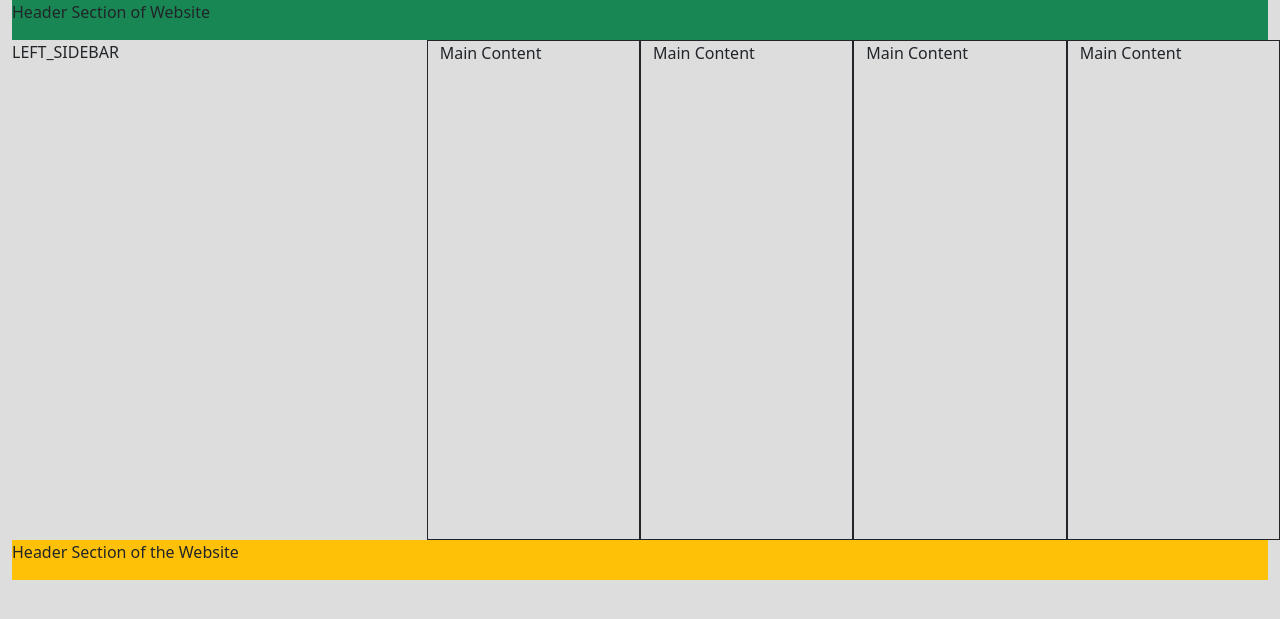
Repository: Dayvid0/BOOTSTRAP-TUTORIALS
Page: BOOTSTRAP-GRID-LAYOUTS/index.html
These files come from the project's save history. The page is drawn as it stood at one moment and after the next save; the edit follows.
The browser window is 1280 px wide. The pictures show the whole page.

Above is the page before, as saved 2025-01-24 10:48:42.

### BOOTSTRAP-GRID-LAYOUTS/index.html
<!doctype html>
<html lang="en">
  <head>
    <!-- Required meta tags -->
    <meta charset="utf-8">
    <meta name="viewport" content="width=device-width, initial-scale=1">
    <!-- Bootstrap CSS -->
    <link href="https://cdn.jsdelivr.net/npm/bootstrap@5.0.2/dist/css/bootstrap.min.css" rel="stylesheet" integrity="sha384-EVSTQN3/azprG1Anm3QDgpJLIm9Nao0Yz1ztcQTwFspd3yD65VohhpuuCOmLASjC" crossorigin="anonymous">
    <link rel="stylesheet" href="./style.css">
    <title>Hello, world!</title>
  </head>
  <body>
  <div class="container-fluid">
    <div class="header bg-success">
      Header Section of Website
    </div>
    <div class="content">
      <div class="row">
        <div class="col-4 sidebar ">
          LEFT_SIDEBAR
        </div>
        <div class="main-content col-2 sidebar ">
          Main Content
      </div>
      <div class="main-content col-2 sidebar ">
        Main Content
    </div>
    <div class="main-content col-2 sidebar ">
      Main Content
  </div>
  <div class="main-content col-2 sidebar ">
    Main Content
</div>
    </div>
  </div>
  <div class="footer bg-warning">
    Header Section of the Website
  </div>
    <script src="https://cdn.jsdelivr.net/npm/bootstrap@5.0.2/dist/js/bootstrap.bundle.min.js" integrity="sha384-MrcW6ZMFYlzcLA8Nl+NtUVF0sA7MsXsP1UyJoMp4YLEuNSfAP+JcXn/tWtIaxVXM" crossorigin="anonymous"></script>
  </body>
</html>

### BOOTSTRAP-GRID-LAYOUTS/style.css
body {
  background-color: #ddd;
}
.header {
  height: 40px;
}
.content {
  min-height: 500px;
}
.footer {
  height: 40px;
}
.main-content {
  min-height: 500px;
  border: 1px solid;
}

After the next save:
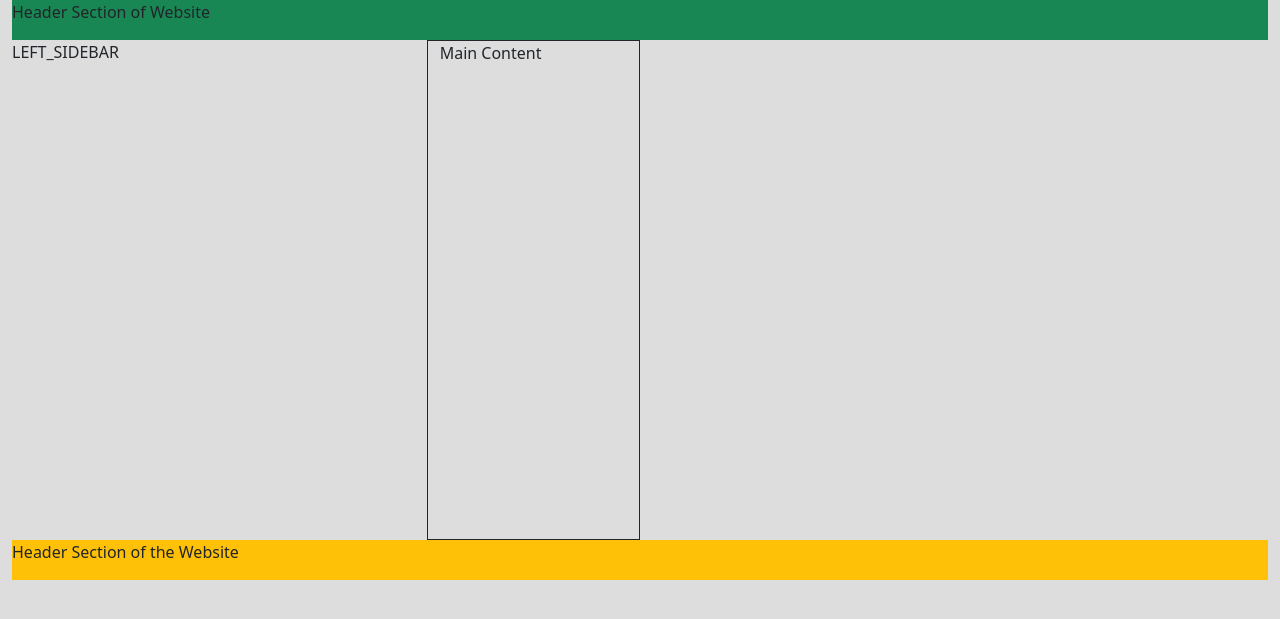
Saved 44 s later.
--- a/BOOTSTRAP-GRID-LAYOUTS/index.html
+++ b/BOOTSTRAP-GRID-LAYOUTS/index.html
@@ -22,15 +22,6 @@
         <div class="main-content col-2 sidebar ">
           Main Content
       </div>
-      <div class="main-content col-2 sidebar ">
-        Main Content
-    </div>
-    <div class="main-content col-2 sidebar ">
-      Main Content
-  </div>
-  <div class="main-content col-2 sidebar ">
-    Main Content
-</div>
     </div>
   </div>
   <div class="footer bg-warning">
